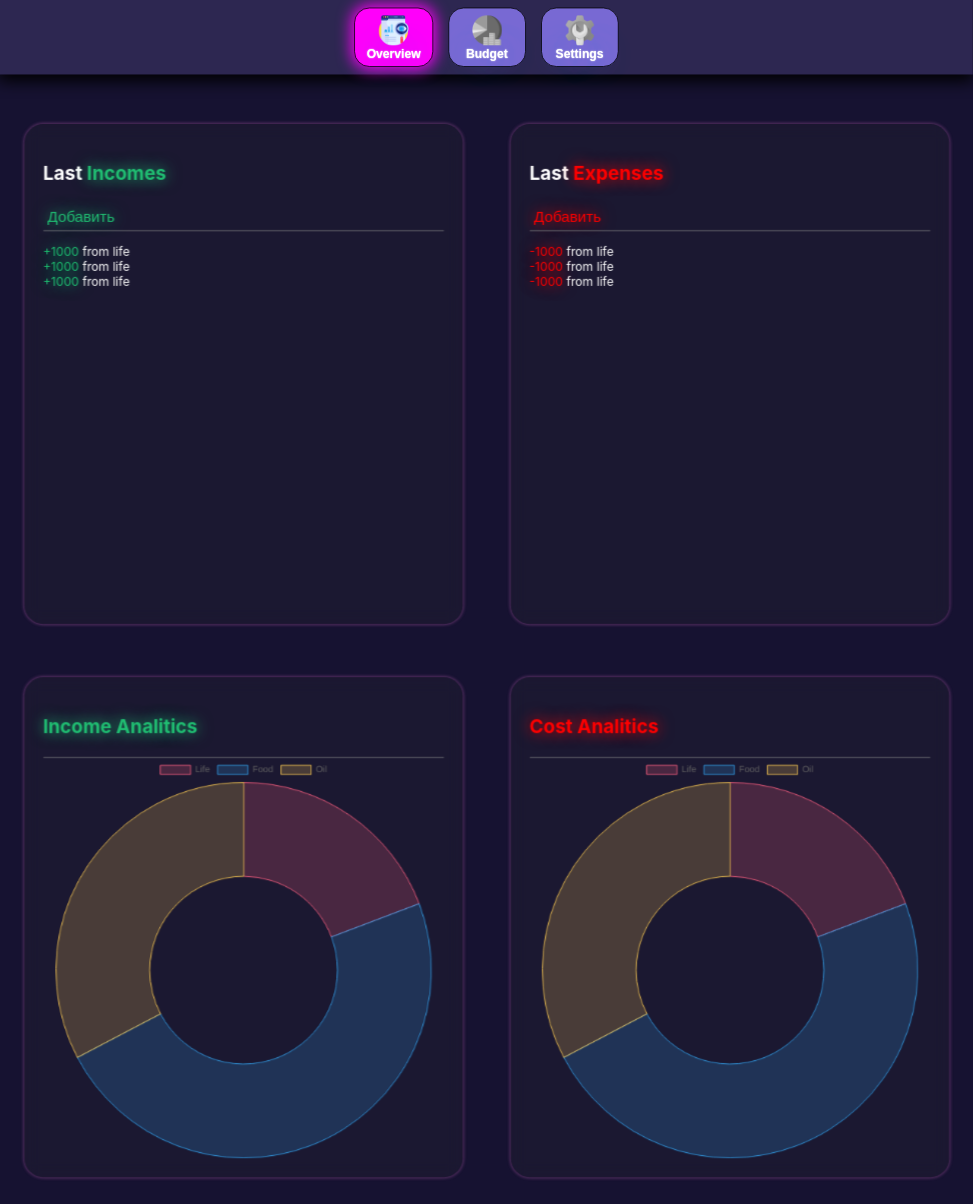
Repository: Minkeani/Money-Manager
Page: /Overview
The author's editor kept a copy of each file at every save. The page is drawn from the files as they stood at one save, then again after the next save.
The browser window is 1280 px wide. The pictures show the whole page, at 76% of full size.
The project was rebuilt for these pictures with package versions that can differ from the ones it lists, and the page was loaded fresh each time. Also part of the build but not shown: src/components/Budget/Budget.module.css, src/components/Budget/Budget.jsx, src/components/Settings/Settings.jsx, src/components/NotFound/NotFound.module.css, src/components/NotFound/NotFound.jsx.

Above is the page before, as saved 2022-07-17 18:51:10.

After the next save:
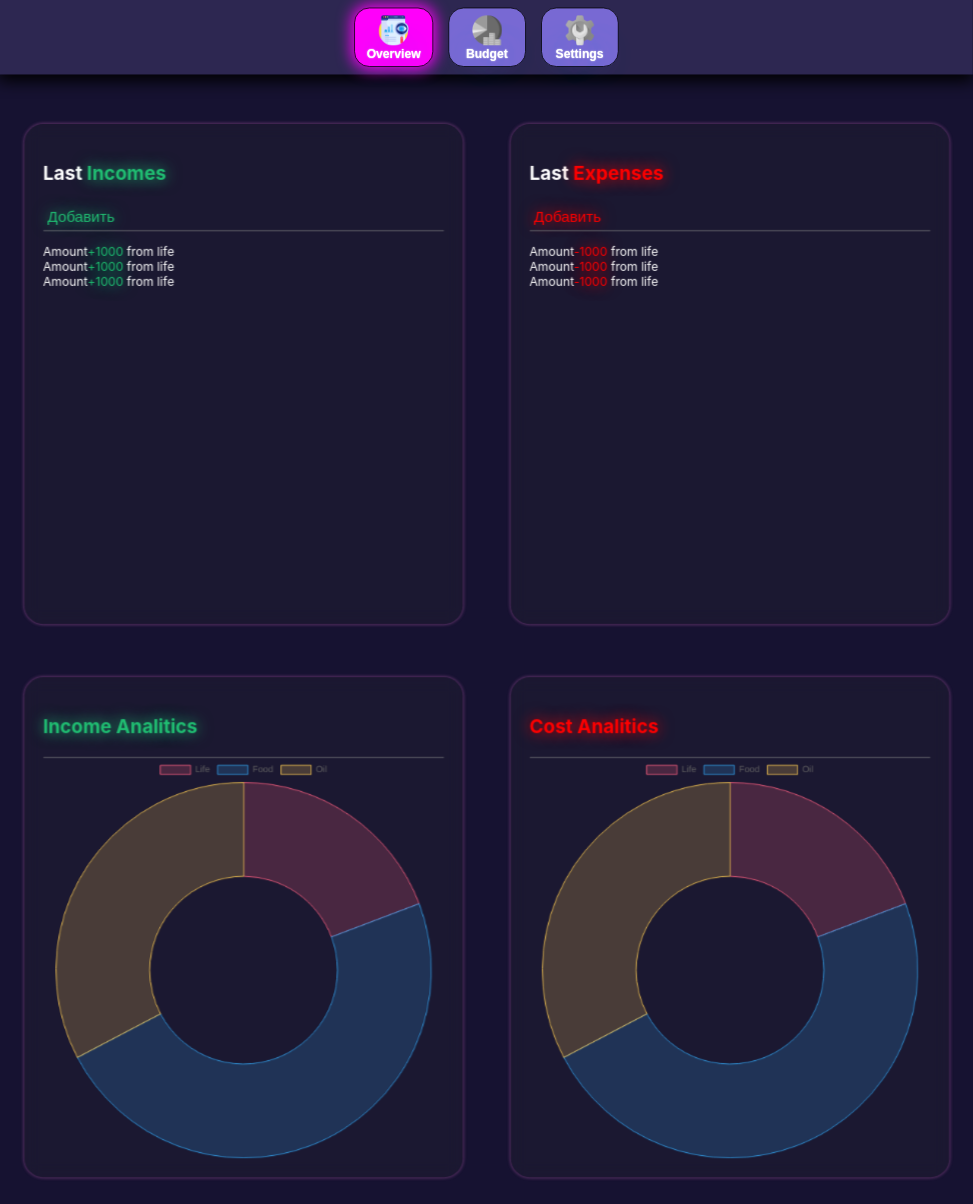
Saved 2 min 46 s later.
--- a/src/components/OverviewBlocks/OverviewBlock/OverviewBlock.jsx
+++ b/src/components/OverviewBlocks/OverviewBlock/OverviewBlock.jsx
@@ -17,7 +17,7 @@ const OverviewBlock = () => {
                         <div className={styles.dilivar}></div>
                             <ul className={styles.list}>
                                     {array.map(({money, category}) => (
-                                        <li><span className={classes === 'money' ? styles.money : styles.Remoney}>{sign}{money}</span> from <span>{category}</span></li>
+                                        <li>Amount<span className={classes === 'money' ? styles.money : styles.Remoney}>{sign}{money}</span> from <span>{category}</span></li>
                                     ))}
                             </ul>
                         </div>
